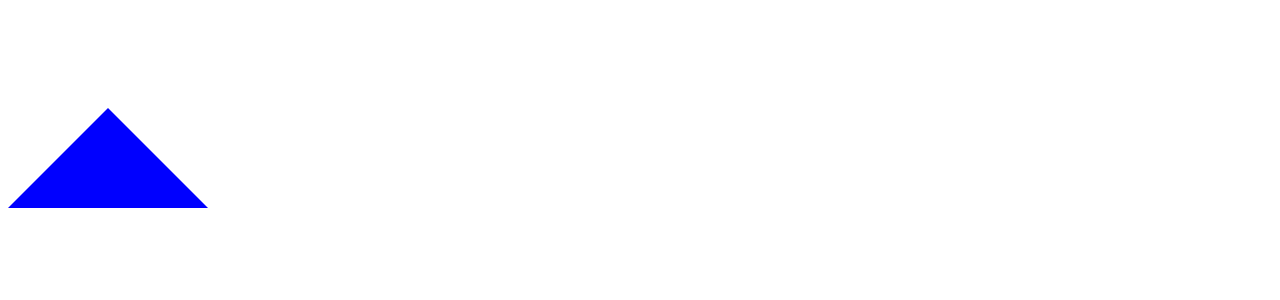
Repository: zh-webliker/achiveSomeFunction
Page: css/css画图.html
An editor plug-in stored every save of this project. The page is shown before and after the next save, followed by the edit.
The browser window is 1280 px wide. The pictures show the whole page.

Above is the page before, as saved 2021-07-13 16:06:20.

After the next save:
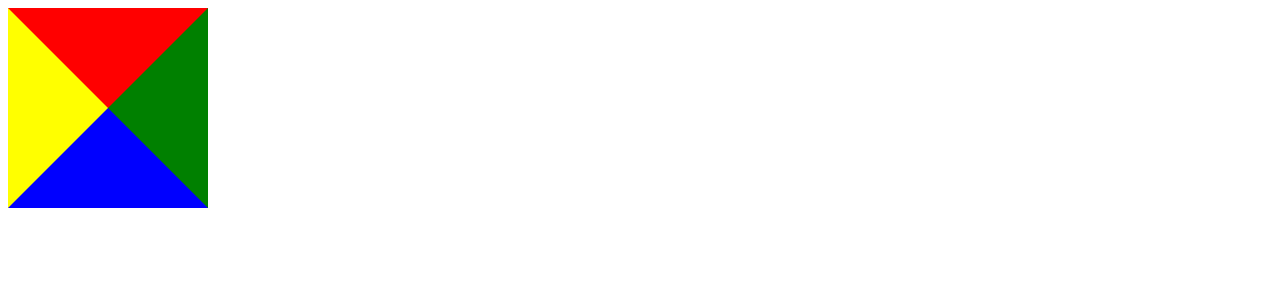
Saved 8 s later.
--- a/css/css画图.html
+++ b/css/css画图.html
@@ -11,9 +11,9 @@
     width: 0;
     height: 0;
     border-bottom: 100px solid blue;
-    border-top: 100px solid transparent;
-    border-left: 100px solid transparent;
-    border-right: 100px solid transparent;
+    border-top: 100px solid red;
+    border-left: 100px solid yellow;
+    border-right: 100px solid green;
   }
 </style>
 <body>
